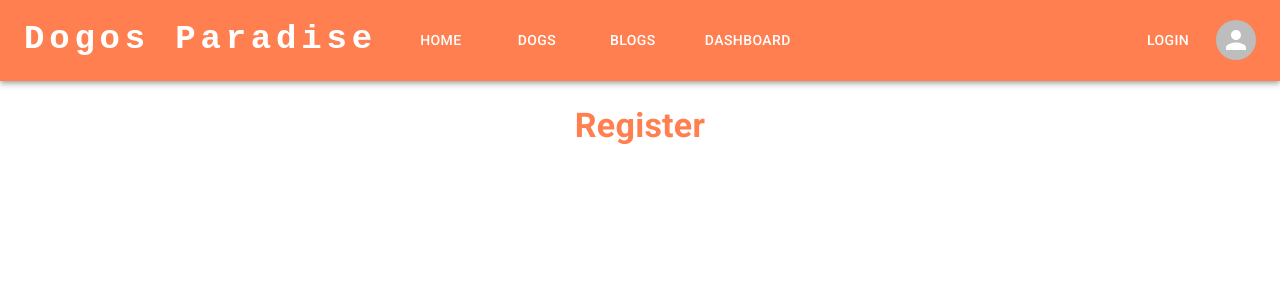
Repository: Sharif-00112/dogos-paradise-client
Page: /register
These files come from the project's save history. The page is drawn as it stood at one moment and after the next save; the edit follows.
The browser window is 1280 px wide. The pictures show the whole page.
The project was rebuilt for these pictures with package versions that can differ from the ones it lists, and the page was loaded fresh each time. Also part of the build but not shown: src/Pages/Shared/Footer/Footer.js, src/Pages/Home/About/About.js, src/Pages/Home/Banner/Banner.js, src/Pages/Home/Blogs/Blogs.js, src/Pages/Home/Contact/Contact.js, src/Pages/Home/CustomerReviews/CustomerReviews.js, src/Pages/Home/Dog/Dog.js, src/Pages/Home/Dogs/Dogs.js and 4 more.

Above is the page before, as saved 2022-12-05 23:41:58.

After the next save:
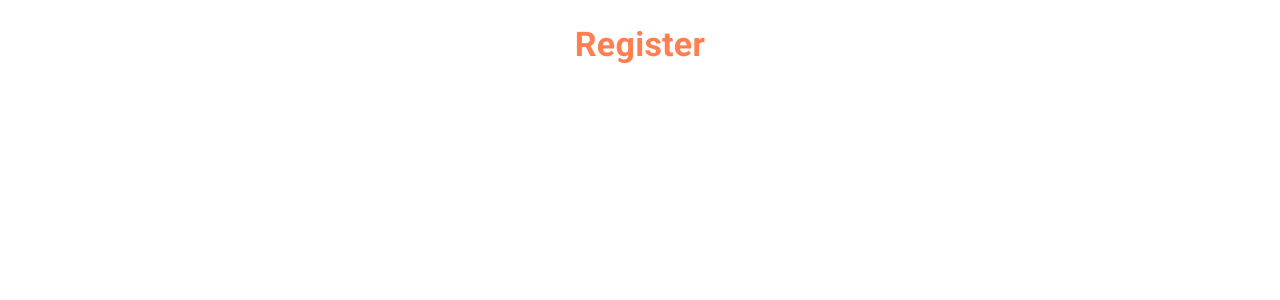
Saved 5 s later.
--- a/src/Pages/Login/Register/Register.js
+++ b/src/Pages/Login/Register/Register.js
@@ -1,11 +1,9 @@
 import React from 'react';
 import { Typography } from '@mui/material';
-import Navigation from '../../Shared/Navigation/Navigation';
 
 const Register = () => {
     return (
         <div>
-            <Navigation></Navigation>
             <Typography sx={{ m: 3, color: 'coral', fontWeight: 600 }} variant="h4" component="div">
                 Register
             </Typography>
